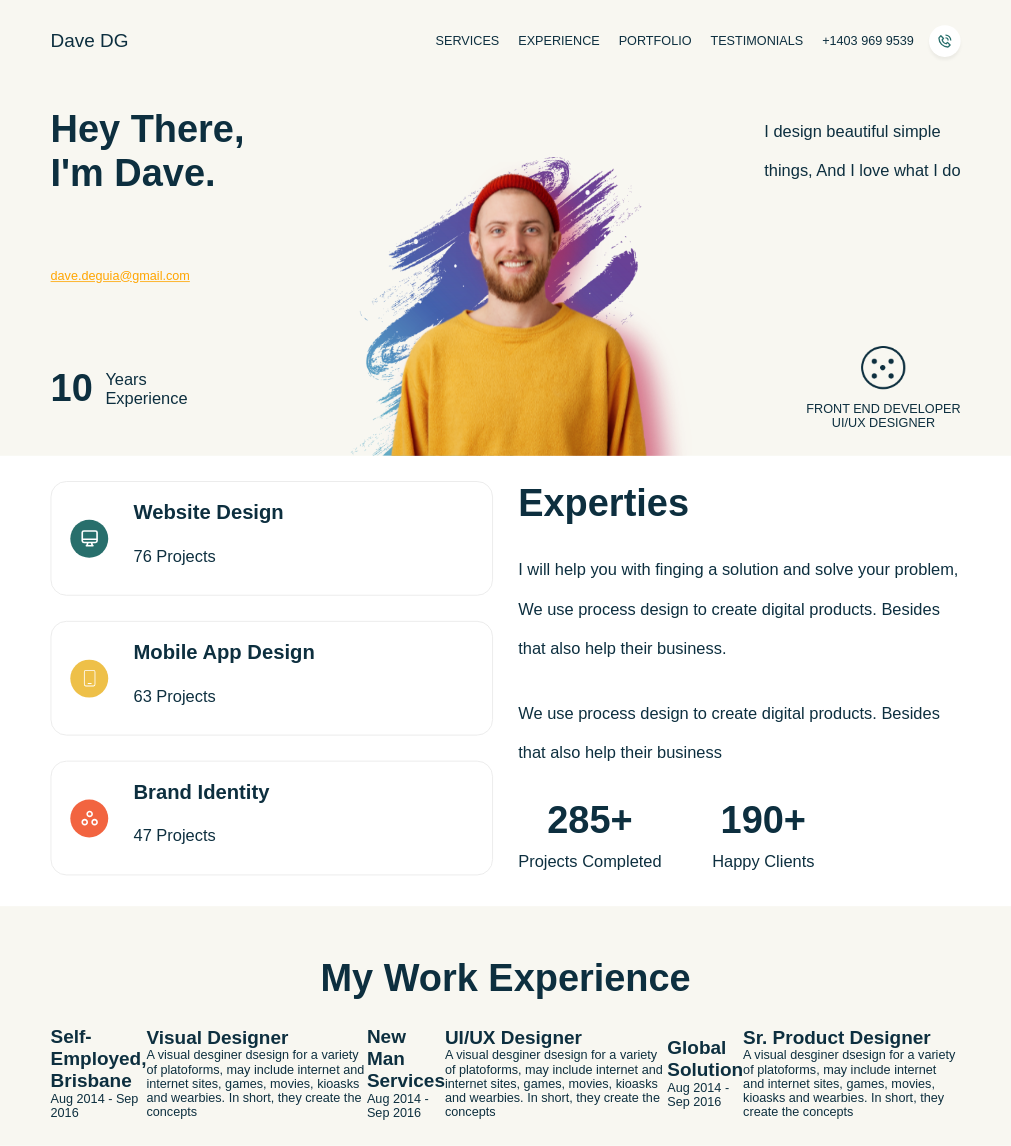
Repository: davedeguia/framer-motion-portfolio
Page: /
An editor plug-in stored every save of this project. The page is shown before and after the next save, followed by the edit.
The browser window is 1280 px wide. The pictures show the whole page, at 79% of full size.
Some web fonts or font styles are not loaded; a fallback is used. The project was rebuilt for these pictures with package versions that can differ from the ones it lists, and the page was loaded fresh each time. Also part of the build but not shown: vite.config.js.

Above is the page before, as saved 2023-02-10 17:28:27.

After the next save:
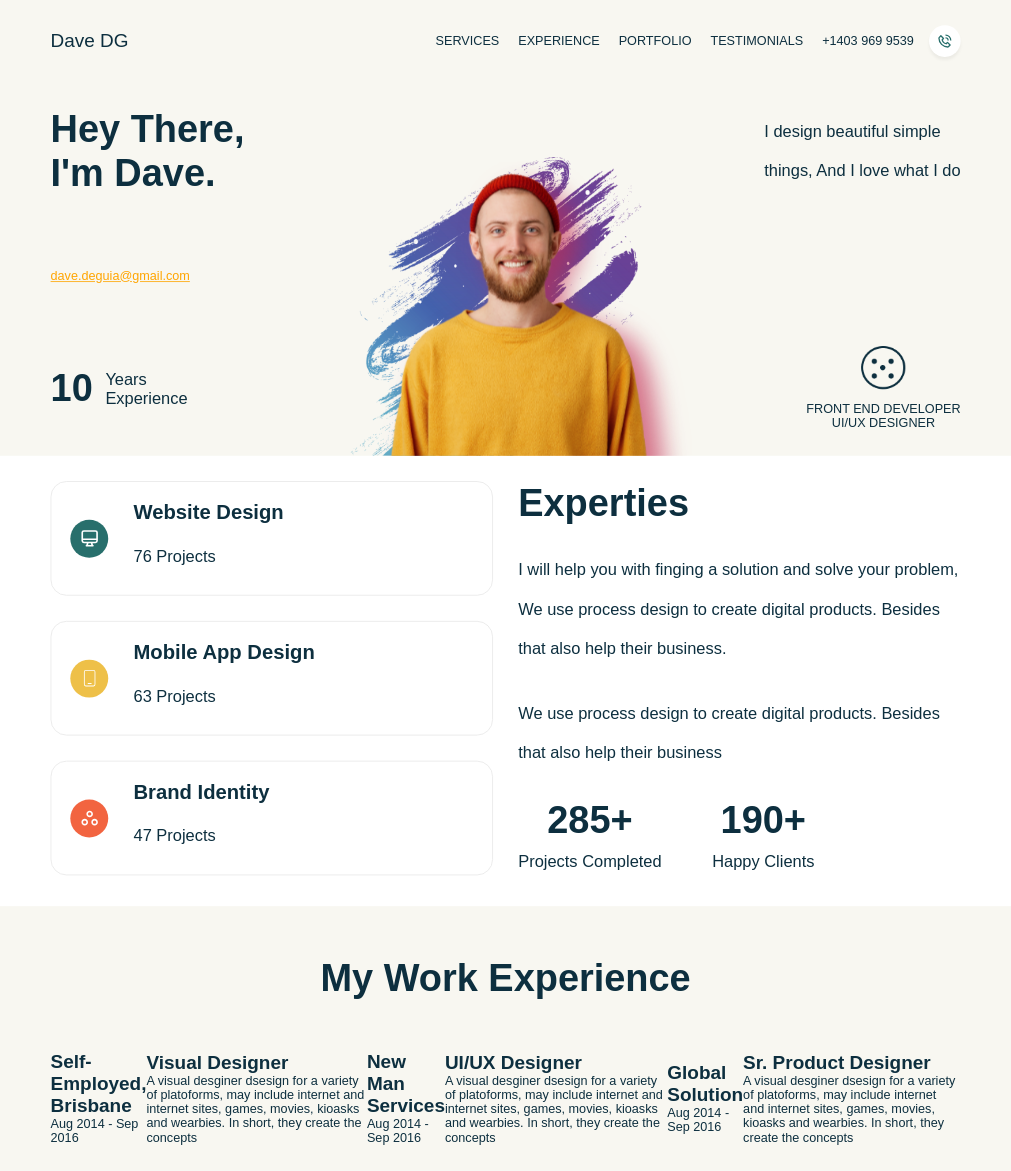
Saved 20 s later.
--- a/src/components/Works/Works.module.scss
+++ b/src/components/Works/Works.module.scss
@@ -3,5 +3,10 @@
 .wrapper {
     .container {
         flex-direction: column;
+        gap: 2rem;
+
+        .experiences {
+
+        }
     }
 }
